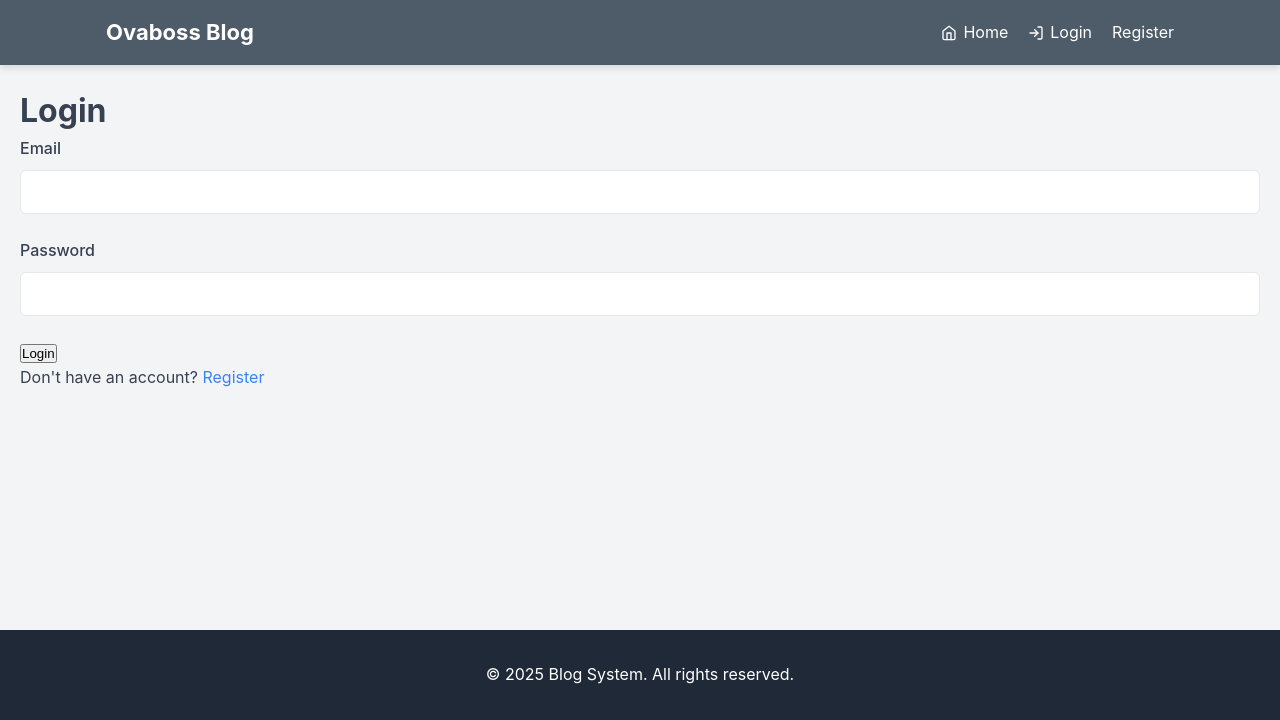
Repository: Vicae-a/Blog
Page: /login (app in frontend/)
The author's editor kept a copy of each file at every save. The page is drawn from the files as they stood at one save, then again after the next save.
The browser window is 1280 px wide. The pictures show the whole page.
The project was rebuilt for these pictures with package versions that can differ from the ones it lists, and the page was loaded fresh each time. Also part of the build but not shown: frontend/vite.config.js, frontend/src/components/PostCard.jsx, frontend/src/pages/Home.jsx, frontend/src/pages/Register.jsx, frontend/src/components/Comment.jsx, frontend/src/components/CommentForm.jsx, frontend/src/pages/PostDetail.jsx, frontend/src/pages/CreatePost.jsx and 3 more.

Above is the page before, as saved 2025-03-31 13:56:54.

### frontend/src/main.jsx
import React from 'react';
import ReactDOM from 'react-dom/client';
import { BrowserRouter } from 'react-router-dom';
import App from './App';


const root = ReactDOM.createRoot(document.getElementById('root'));

root.render(
  <BrowserRouter>
    <App />
  </BrowserRouter>
);

### frontend/src/App.jsx
// src/App.jsx
import { BrowserRouter as Router, Routes, Route, Navigate, useLocation } from 'react-router-dom';

import { QueryClient, QueryClientProvider } from "@tanstack/react-query";
import { ToastContainer } from 'react-toastify';
import { AuthProvider, useAuth } from './context/AuthContext';
import Navbar from './components/Navbar';
import Footer from './components/Footer';
import Home from './pages/Home';
import Login from './pages/Login';
import Register from './pages/Register';
import PostDetail from './pages/PostDetail';
import CreatePost from './pages/CreatePost';
import EditPost from './pages/EditPost';
import Profile from './pages/Profile';
import NotFound from './pages/NotFound';
import 'react-toastify/dist/ReactToastify.css';
import './App.css';

const queryClient = new QueryClient({
  defaultOptions: {
    queries: {
      retry: 1,
      refetchOnWindowFocus: false,
    },
  },
});

// Protected route component
const ProtectedRoute = ({ children }) => {
  const { user, loading } = useAuth();
  const location = useLocation();

  if (loading) return <div className="loading">Loading...</div>;

  if (!user) {
    return <Navigate to="/login" replace state={{ from: location.pathname }} />;
  }

  return children;
};

// Guest-only route component
const GuestRoute = ({ children }) => {
  const { user, loading } = useAuth();

  if (loading) return <div className="loading">Loading...</div>;

  if (user) {
    return <Navigate to="/" replace />;
  }

  return children;
};

function App() {
  return (
    <QueryClientProvider client={queryClient}>
      <AuthProvider>

          <div className="app-container">
            <Navbar />
            <main className="main-content">
              <Routes>
                {/* Public routes */}
                <Route path="/" element={<Home />} />
                <Route path="/posts/:id" element={<PostDetail />} />

                {/* Guest-only routes */}
                <Route
                  path="/login"
                  element={
                    <GuestRoute>
                      <Login />
                    </GuestRoute>
                  }
                />
                <Route
                  path="/register"
                  element={
                    <GuestRoute>
                      <Register />
                    </GuestRoute>
                  }
                />

                {/* Protected routes */}
                <Route
                  path="/posts/create"
                  element={
                    <ProtectedRoute>
                      <CreatePost />
                    </ProtectedRoute>
                  }
                />
                <Route
                  path="/posts/:id/edit"
                  element={
                    <ProtectedRoute>
                      <EditPost />
                    </ProtectedRoute>
                  }
                />
                <Route
                  path="/profile"
                  element={
                    <ProtectedRoute>
                      <Profile />
                    </ProtectedRoute>
                  }
                />

                {/* 404 Not Found */}
                <Route path="*" element={<NotFound />} />
              </Routes>
            </main>
            <Footer />
            <ToastContainer
              position="bottom-right"
              autoClose={5000}
              hideProgressBar={false}
              newestOnTop
              closeOnClick
              rtl={false}
              pauseOnFocusLoss
              draggable
              pauseOnHover
              theme="light"
            />
          </div>

      </AuthProvider>
    </QueryClientProvider>
  );
}

export default App;

### frontend/src/context/AuthContext.jsx
// src/context/AuthContext.jsx
import { createContext, useState, useEffect, useContext } from 'react';
import { authAPI } from '../services/api';
import { useNavigate } from 'react-router-dom';
import { toast } from 'react-toastify';

const AuthContext = createContext(null);

export const AuthProvider = ({ children }) => {
  const [user, setUser] = useState(null);
  const [loading, setLoading] = useState(true);
  const navigate = useNavigate();

  // Load user from localStorage on mount
  useEffect(() => {
    const storedUser = localStorage.getItem('user');
    if (storedUser) {
      setUser(JSON.parse(storedUser));
    }
  }, []);

  // Check if user is logged in on mount
  useEffect(() => {
    const checkUser = async () => {
      try {
        const token = localStorage.getItem('token');
        if (token) {
          const response = await authAPI.getCurrentUser();
          setUser(response.data.data.user);
        }
      } catch (error) {
        console.error('Authentication error:', error);
        logout();
      } finally {
        setLoading(false);
      }
    };

    checkUser();
  }, []);

  const register = async (userData) => {
    try {
      const response = await authAPI.register(userData);
      const { user, token } = response.data.data;

      localStorage.setItem('token', token);
      localStorage.setItem('user', JSON.stringify(user));
      setUser(user);

      toast.success('Registration successful!');
      navigate('/');
      return true;
    } catch (error) {
      const errorMessage = error.response?.data?.message || 'Registration failed. Please try again.';
      toast.error(errorMessage);
      return false;
    }
  };

  const login = async (credentials) => {
    try {
      const response = await authAPI.login(credentials);
      const { user, token } = response.data.data;

      localStorage.setItem('token', token);
      localStorage.setItem('user', JSON.stringify(user));
      setUser(user);

      toast.success('Login successful!');
      navigate('/');
      return true;
    } catch (error) {
      const errorMessage = error.response?.data?.message || 'Login failed. Please check your credentials.';
      toast.error(errorMessage);
      return false;
    }
  };

  const logout = () => {
    localStorage.clear();
    setUser(null);
    toast.success('Logged out successfully');
    navigate('/login');
  };

  const updateProfile = async (userData) => {
    try {
      const response = await authAPI.updateProfile(userData);
      const updatedUser = response.data.data.user;

      setUser(updatedUser);
      localStorage.setItem('user', JSON.stringify(updatedUser));

      toast.success('Profile updated successfully');
      return true;
    } catch (error) {
      const errorMessage = error.response?.data?.message || 'Failed to update profile. Please try again.';
      toast.error(errorMessage);
      return false;
    }
  };

  return (
    <AuthContext.Provider
      value={{
        user,
        loading,
        register,
        login,
        logout,
        updateProfile,
        isAuthenticated: !!user
      }}
    >
      {children}
    </AuthContext.Provider>
  );
};

export const useAuth = () => {
  const context = useContext(AuthContext);
  if (!context) {
    throw new Error('useAuth must be used within an AuthProvider');
  }
  return context;
};

### frontend/src/components/Navbar.jsx
import { useState, useEffect, useRef } from "react";
import { Link } from "react-router-dom";
import { useAuth } from "../context/AuthContext";
import { FiMenu, FiX, FiUser, FiLogOut, FiPlus, FiHome, FiLogIn } from "react-icons/fi";
import "../assets/css/Navbar.css"; // Import scoped CSS

const Navbar = () => {
  const { user, logout, isAuthenticated } = useAuth();
  const [isOpen, setIsOpen] = useState(false);
  const [isDropdownOpen, setIsDropdownOpen] = useState(false);
  const dropdownRef = useRef(null);

  // Close dropdown if clicking outside
  useEffect(() => {
    function handleClickOutside(event) {
      if (dropdownRef.current && !dropdownRef.current.contains(event.target)) {
        setIsDropdownOpen(false);
      }
    }

    document.addEventListener("mousedown", handleClickOutside);
    return () => document.removeEventListener("mousedown", handleClickOutside);
  }, []);

  return (
    <nav className="navbar">
      <div className="container">
        {/* Logo */}
        <Link to="/" className="logo">Ovaboss Blog</Link>

        {/* Mobile Menu Toggle */}
        <button
          className="menu-toggle"
          onClick={() => setIsOpen(!isOpen)}
        >
          {isOpen ? <FiX /> : <FiMenu />}
        </button>

        {/* Navbar Links */}
        <div className={`nav-links ${isOpen ? "active" : ""}`}>
          <Link to="/" className="nav-item">
            <FiHome /> Home
          </Link>

          {isAuthenticated ? (
            <>
              <Link to="/posts/create" className="nav-item">
                <FiPlus /> New Post
              </Link>

              {/* User Dropdown */}
              <div
                ref={dropdownRef}
                className={`nav-item dropdown ${isDropdownOpen ? "open" : ""}`}
              >
                <button
                  onClick={() => setIsDropdownOpen(!isDropdownOpen)}
                  className="dropdown-btn"
                >
                  <FiUser /> {user.name}
                </button>

                {/* Dropdown Menu */}
                <div className="dropdown-menu">
                  <Link to="/profile" className="dropdown-item">Profile</Link>
                  <button
                    onClick={logout}
                    className="dropdown-item logout"
                  >
                    <FiLogOut /> Logout
                  </button>
                </div>
              </div>
            </>
          ) : (
            <>
              <Link to="/login" className="nav-item">
                <FiLogIn /> Login
              </Link>
              <Link to="/register" className="nav-item">Register</Link>
            </>
          )}
        </div>
      </div>
    </nav>
  );
};

export default Navbar;

### frontend/src/components/Footer.jsx
// src/components/Footer.jsx
const Footer = () => {
    const currentYear = new Date().getFullYear();

    return (
      <footer className="site-footer">
        <div className="container">
          <div className="footer-content">
            <p>&copy; {currentYear} Blog System. All rights reserved.</p>
          </div>
        </div>
      </footer>
    );
  };

  export default Footer;

### frontend/src/pages/Login.jsx
import { useState } from 'react';
import { Link } from 'react-router-dom';
import { useAuth } from '../context/AuthContext';

const Login = () => {
  const [formData, setFormData] = useState({
    email: '',
    password: '',
  });
  const [errors, setErrors] = useState({});
  const [isSubmitting, setIsSubmitting] = useState(false);
  const { login } = useAuth();

  const handleChange = (e) => {
    const { name, value } = e.target;
    setFormData({
      ...formData,
      [name]: value,
    });
    // Clear error when user types
    if (errors[name]) {
      setErrors({
        ...errors,
        [name]: '',
      });
    }
  };

  const validate = () => {
    const newErrors = {};
    if (!formData.email) newErrors.email = 'Email is required';
    if (!formData.password) newErrors.password = 'Password is required';
    return newErrors;
  };

  const handleSubmit = async (e) => {
    e.preventDefault();

    const newErrors = validate();
    if (Object.keys(newErrors).length > 0) {
      setErrors(newErrors);
      return;
    }

    setIsSubmitting(true);

    try {
      await login(formData);
    } catch (error) {
      console.error('Login failed:', error);
    } finally {
      setIsSubmitting(false);
    }
  };

  return (
    <div className="auth-page">
      <div className="auth-container">
        <h1>Login</h1>
        <form onSubmit={handleSubmit}>
          <div className="form-group">
            <label htmlFor="email">Email</label>
            <input
              type="email"
              id="email"
              name="email"
              value={formData.email}
              onChange={handleChange}
            />
            {errors.email && <span className="error">{errors.email}</span>}
          </div>

          <div className="form-group">
            <label htmlFor="password">Password</label>
            <input
              type="password"
              id="password"
              name="password"
              value={formData.password}
              onChange={handleChange}
            />
            {errors.password && <span className="error">{errors.password}</span>}
          </div>

          <button
            type="submit"
            disabled={isSubmitting}
            className="auth-button"
          >
            {isSubmitting ? 'Logging in...' : 'Login'}
          </button>
        </form>

        <div className="auth-links">
          <p>
            Don't have an account? <Link to="/register">Register</Link>
          </p>
        </div>
      </div>
    </div>
  );
};

export default Login;

### frontend/src/assets/css/Navbar.css
/* Navbar Container */
.navbar {
    background-color: #4e5b68;
    color: white;
    padding: 15px 20px;
    position: relative;
    box-shadow: 0 4px 6px rgba(0, 0, 0, 0.1);
  }

  .navbar .container {
    display: flex;
    justify-content: space-between;
    align-items: center;
    max-width: 1100px;
    margin: 0 auto;
  }

  /* Logo */
  .navbar .logo {
    font-size: 22px;
    font-weight: bold;
    text-decoration: none;
    color: white;
  }

  /* Navbar Links */
  .navbar .nav-links {
    display: flex;
    gap: 20px;
    align-items: center;
  }

  .navbar .nav-item {
    text-decoration: none;
    color: white;
    font-size: 16px;
    display: flex;
    align-items: center;
    gap: 6px;
    transition: color 0.3s;
  }

  .navbar .nav-item:hover {
    color: #ffcc00;
  }

  /* Dropdown */
  .navbar .dropdown {
    position: relative;
  }

  .navbar .dropdown-btn {
    background: none;
    border: none;
    color: white;
    font-size: 16px;
    display: flex;
    align-items: center;
    cursor: pointer;
  }

  /* Dropdown Menu */
  .navbar .dropdown-menu {
    position: absolute;
    top: 40px;
    right: 0;
    background: white;
    color: black;
    width: 160px;
    border-radius: 5px;
    box-shadow: 0 4px 6px rgba(0, 0, 0, 0.1);
    display: none; /* Hide initially */
    flex-direction: column;
    z-index: 1000;
  }

  .navbar .dropdown.open .dropdown-menu {
    display: flex; /* Show dropdown when open */
  }

  .navbar .dropdown-item {
    padding: 10px;
    display: flex;
    align-items: center;
    gap: 6px;
    cursor: pointer;
    text-decoration: none;
    color: black;
    transition: background 0.3s;
  }

  .navbar .dropdown-item:hover {
    background: #f1f1f1;
  }

  .navbar .logout {
    color: red;
  }

  /* Mobile Menu */
  .navbar .menu-toggle {
    display: none;
    font-size: 22px;
    background: none;
    border: none;
    color: white;
    cursor: pointer;
  }

  @media (max-width: 768px) {
    .navbar .menu-toggle {
      display: block;
    }

    .navbar .nav-links {
      display: none;
      flex-direction: column;
      gap: 10px;
      position: absolute;
      top: 60px;
      right: 10px;
      background: #3d4e6076;
      width: 200px;
      border-radius: 5px;
      box-shadow: 0 4px 6px rgba(0, 0, 0, 0.1);
    }

    .navbar .nav-links.active {
      display: flex;
    }
  }

Loaded but not shown: frontend/index.html (common file); frontend/src/services/api.js (98 lines, source omitted); frontend/src/App.css (809 lines, source omitted)

After the next save:
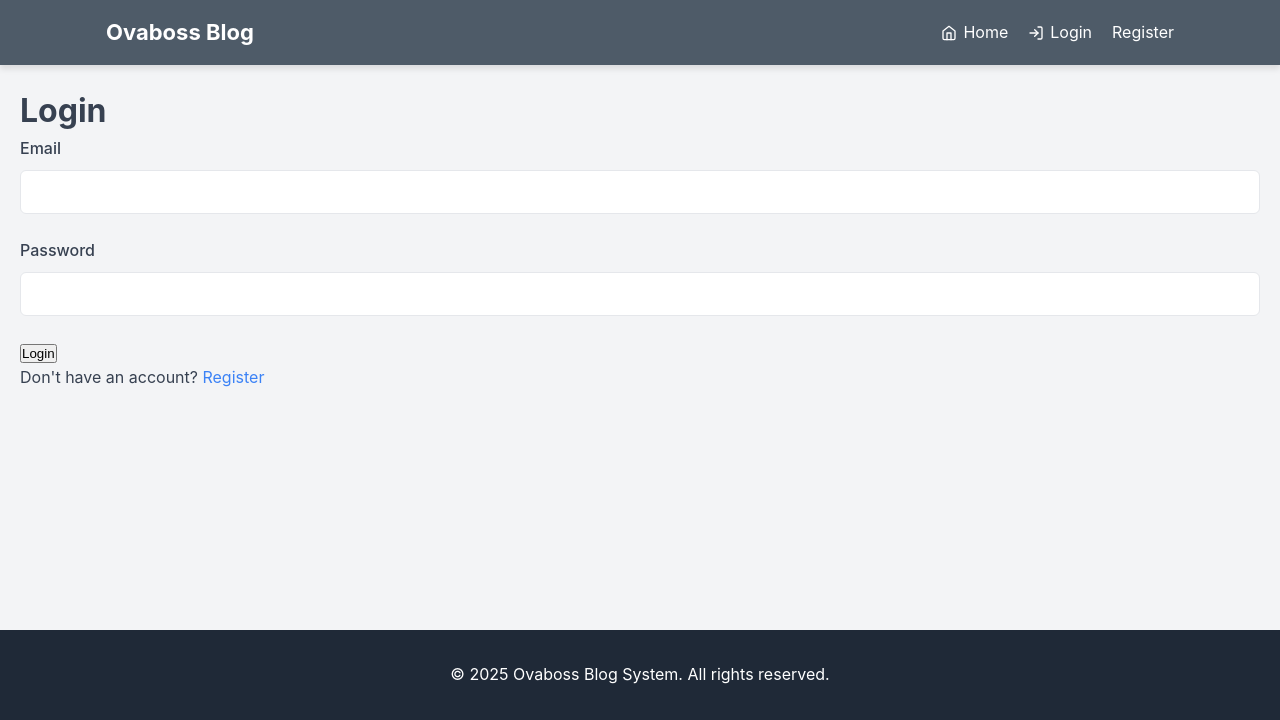
Saved 18 s later.
--- a/frontend/src/components/Footer.jsx
+++ b/frontend/src/components/Footer.jsx
@@ -6,7 +6,7 @@ const Footer = () => {
       <footer className="site-footer">
         <div className="container">
           <div className="footer-content">
-            <p>&copy; {currentYear} Blog System. All rights reserved.</p>
+            <p>&copy; {currentYear} Ovaboss Blog System. All rights reserved.</p>
           </div>
         </div>
       </footer>
